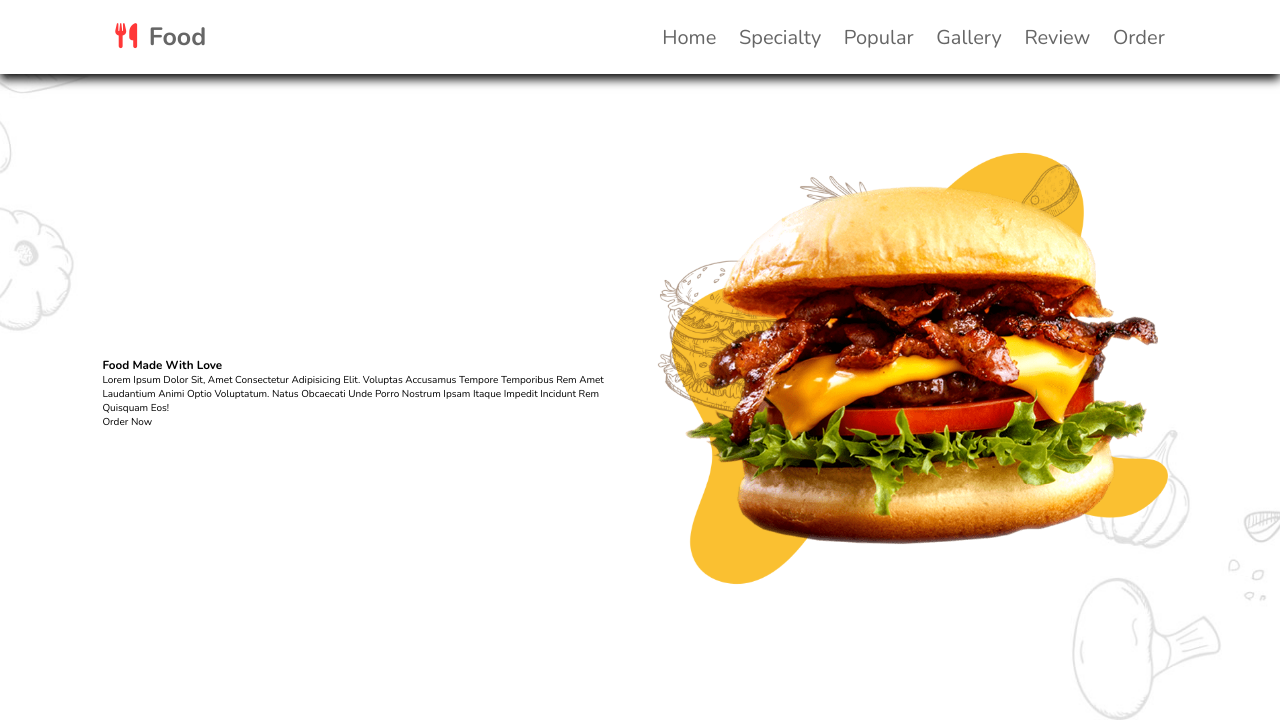
Repository: wenxi0504/ResturantApp-static-
Page: index.html
An editor plug-in stored every save of this project. The page is shown before and after the next save, followed by the edit.
The browser window is 1280 px wide. The pictures show the whole page.

Above is the page before, as saved 2022-01-09 22:38:09.
Console error: TypeError: Cannot read properties of null (reading 'classList')

### index.html
<!DOCTYPE html>
<html lang="en">
<head>
    <meta charset="UTF-8">
    <meta http-equiv="X-UA-Compatible" content="IE=edge">
    <meta name="viewport" content="width=device-width, initial-scale=1.0">
    <title>Maple Yip Seafood Restaurant</title>
    <!-- font awesome cnd link-->
    <link rel="stylesheet" href="https://cdnjs.cloudflare.com/ajax/libs/font-awesome/6.0.0-beta3/css/all.min.css">
    <!--custom css link-->
    <link rel="stylesheet" href="./style.css">
</head>
<body>
    <!--header section-->
    <header>
        <!-- current page-->
        <a href="#" class="logo"><i class="fas fa-utensils"></i> food </a>
        <div id="menu-bar" class="fas fa-bars"> </div>
        <nav class="navbar">
            <a href="#home">Home</a>
            <a href="#speciality">Specialty</a>
            <a href="#popular">Popular</a>
            <a href="#gallery">gallery</a>
            <a href="#revire">Review</a>
            <a href="#order">Order</a>
        </nav>
    </header>
    <!-- header section ends-->
    <!--home section-->
    <section class="home" id="home">
        <div class="content">
            <h3>food made with love</h3>
            <p>Lorem ipsum dolor sit, amet consectetur adipisicing elit. Voluptas accusamus tempore temporibus rem amet laudantium animi optio voluptatum. Natus obcaecati unde porro nostrum ipsam itaque impedit incidunt rem quisquam eos!</p>
            <a herf="#" class="btn">order now</a>
        </div>
        <div class="image">
            <img src="images/home-img.png" alt="home-img">
        </div>
    </section>
    <!--home section ends-->
<!--custom js file link-->
    <script src="script.js"></script>
</body>
</html>

### style.css
@import url('https://fonts.googleapis.com/css2?family=Nunito:wght@200;300;400;600;700&display=swap');

:root{
--red:#ff3838;
}
 /* match everything */
*{
    font-family: 'Nunito', sans-serif;
    margin:0;
    padding:0;
    box-sizing:border-box;
    outline:none;
    border:none;
    text-decoration: none;
    /* text 大小写 */
    text-transform: capitalize;
    transition: all .2s linear;
}

/* the part that the user choose to highlight */
*::selection{
    background:var(--red);
    color:#fff;
  }

html{
    font-size: 62.5%;
    overflow-x: hidden;
    scroll-behavior: smooth;
    scroll-padding-top:6rem;
}

body{
    background: #f7f7f7;
}

section{
    padding: 2rem 8%;
}

header{
    position:fixed;
    top:0;
    left:0;
    right: 0;
    z-index:1000;
    display: flex;
    align-items: center;
    justify-content: space-between;
    background:#fff;
    padding:2rem 9%;
    box-shadow: 0 .5rem 1rem rgba(0,0,0,1);

}

header .logo{
    font-size:2.5rem;
    font-weight: bolder;
    color:#666;
}

header .logo i{
    padding-right: .5rem;
    color:var(--red);
}

header .navbar a{
    font-size: 2rem;
    margin-left: 2rem;
    color:#666;
  }

header .navbar a:hover{

    color:var(--red);
}

#menu-bar{

    font-size:3rem;
    cursor:pointer;
    color:#666;
    border:.1rem solid #666;
    border-radius: .3rem;
    padding:.5rem 1.5rem;
    display: none;
}

.home{
  display:flex;
  flex-wrap: wrap;
  gap:1.5rem;
  min-height:100vh;
  align-items:center;
  background:url(./images/home-bg.jpg) no-repeat;
  background-size:cover;
  background-position: center;
}

.home .content{
  flex: 1 1 40rem;
  padding-top: 6.5rem;
}

.home .image{
  flex: 1 1 40rem;
}

.home .image img{
  width:100%;
  padding:1rem;
  animation:float 3s linear infinite;
}

@keyframes float{
  0%, 100%{
    transform:translateY(0rem);
  }
  50%{
    transform:translateY(3rem);
  }
}










/* media queries for different devices */


@media(max-width:991px){

    html{
      font-size: 55%;
    }

    header{
      padding:2rem;
    }

    section{
      padding:2rem;
    }

  }

  @media(max-width:768px){

    #menu-bar{
      display: initial;
    }

    header .navbar{
      position: absolute;
      top:100%; left: 0; right:0;
      background: #f7f7f7;
      border-top: .1rem solid rgba(0,0,0,.1);
      clip-path: polygon(0 0, 100% 0, 100% 0%, 0 0);
    }

    header .navbar.active{
      clip-path: polygon(0 0, 100% 0, 100% 100%, 0% 100%);
    }

    header .navbar a{
      margin: 1.5rem;
      padding:1.5rem;
      display: block;
      border:.2rem solid rgba(0,0,0,.1);
      border-left:.5rem solid var(--red);
      background:#fff;

    }

  }


  @media(max-width:450px){

    html{
      font-size: 50%;
    }

    .order .row form .inputBox input{
      width:100%;}
    }

### script.js
let menu= document.querySelector('#menu-bar');
let navbar=document.querySelector('.navbar');

menu.onclick=()=>{
    // 'fa-time' is "X" icon
    menu.classList.toggle('fa-times');
    navbar.classList.toggle('active');
}

window.onscroll= () =>{
    menu.classList.remove('fa-times');
    navbar.classList.remove('active');

    if(window.scrollY>60)
    {
        document.querySelector('#scroll-top').classList.add('active');
    }
    else
    {   document.querySelector('#scroll-top').classList.remove('active');

    }
}

After the next save:
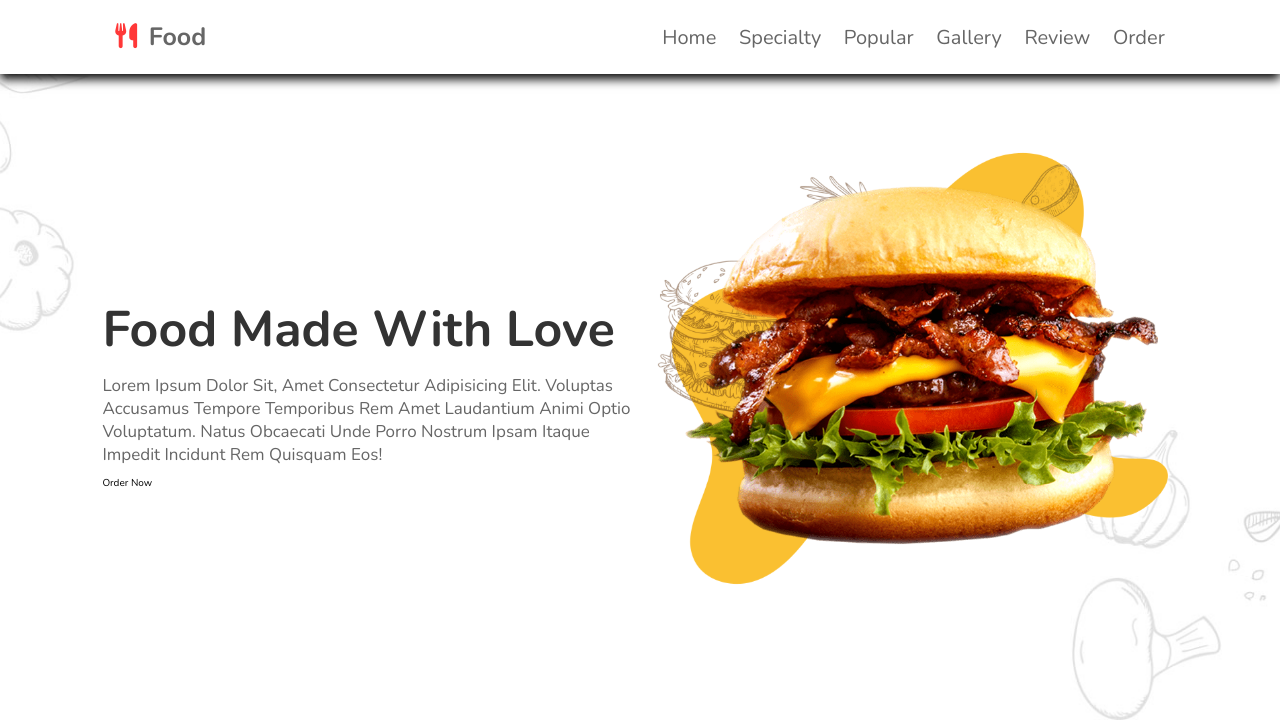
Saved 10 min 36 s later.
--- a/style.css
+++ b/style.css
@@ -121,6 +121,18 @@ header .navbar a:hover{
   }
 }
 
+.home .content h3{
+font-size: 5rem;
+color:#333;
+}
+
+.home .content p{
+  font-size: 1.7rem;
+  color:#666;
+  padding:1rem 0;
+}
+
+
 
 
 
